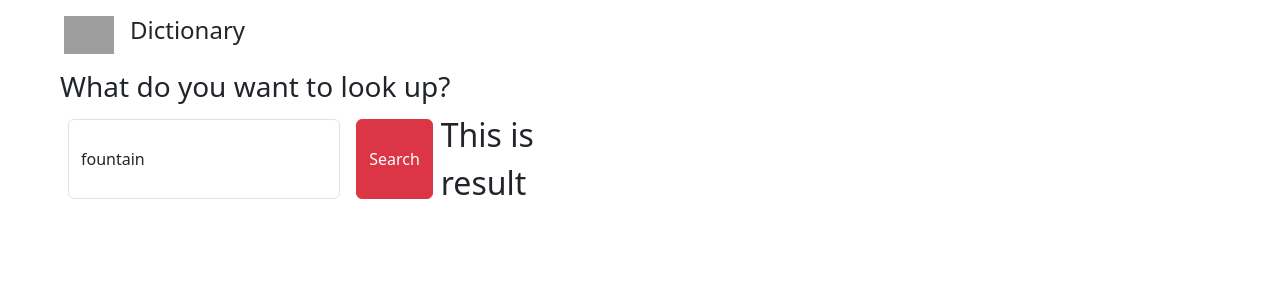
Repository: moehaymanmyint/react-dictionary-app
Page: /
These files come from the project's save history. The page is drawn as it stood at one moment and after the next save; the edit follows.
The browser window is 1280 px wide. The pictures show the whole page.
Pictures or frames that could not be fetched are drawn as grey boxes. The page's requests for data from a server got no answer. The project was rebuilt for these pictures with package versions that can differ from the ones it lists, and the page was loaded fresh each time. No one was signed in, and anything a server would have sent is missing.

Above is the page before, as saved 2024-08-28 10:45:07.

### src/App.js
import './App.css';
import 'bootstrap/dist/css/bootstrap.css';

import Search from "./Search"

function App() {
  return (
    <div className="App">
      {/* Logo */}
      <div className='logo m-3 mx-5 d-flex align-items-center'>
        <img src="https://th.bing.com/th/id/R.1ebe3e38406a8906121c9769e62adc3e?rik=d1hISy0qiMJ7Hg&pid=ImgRaw&r=0" alt="Logo" className='mx-3'/>
        <h4>Dictionary</h4>
      </div>

      <div className='container d-flex m-3 mx-5'>
        {/* Header */}
        <div className="header">
          <Search />
        </div>

        {/* Content */}
        <div className="content mx-5" >

        </div>

      </div>
    </div>
  );
}

export default App;

### src/App.css
.App img{
    width: 50px;
}

### src/Search.js
import React, {useState} from "react";
import 'bootstrap/dist/css/bootstrap.css';
import axios from 'axios';
import Result from "./Result"

export default function Search(props){
    let [word, setWord] = useState('fountain');
    let [result, setResult] = useState(null);

    let apiUrl =  `https://api.shecodes.io/dictionary/v1/define?word=${word}&key=03aa5321feb0a48eoca7a4tede1f2bb1`;
    axios.get(apiUrl).then(handleResponse);

    function handleResponse(response){
        console.log(response);
    }

    function handleSubmit(event){
        event.preventDefault();
        alert("searching for " + word);
    }

    function updateWord(event){
        setWord(event.target.value);
    }

    return (
        <div className="Content">
            <h3>What do you want to look up?</h3>
            <div className="d-flex">
            <form onSubmit={handleSubmit} className="d-flex w-75">
                <input type="search" className="form form-control m-2" value={word} onChange={updateWord}/>
                <input type="submit" value="Search" className="btn btn-danger m-2"/>
            </form>
            <div className="meaning">
                <Result results={result} />
            </div>
            </div>
        </div>
    );
}

### src/Result.js
import React from "react";

export default function Result(props){

    return (
        <div className="Result fs-2">
            This is result
        </div>
    )
}

Loaded but not shown: public/index.html (common file); src/index.js (common file); src/index.css (common file); src/reportWebVitals.js (common file)

After the next save:
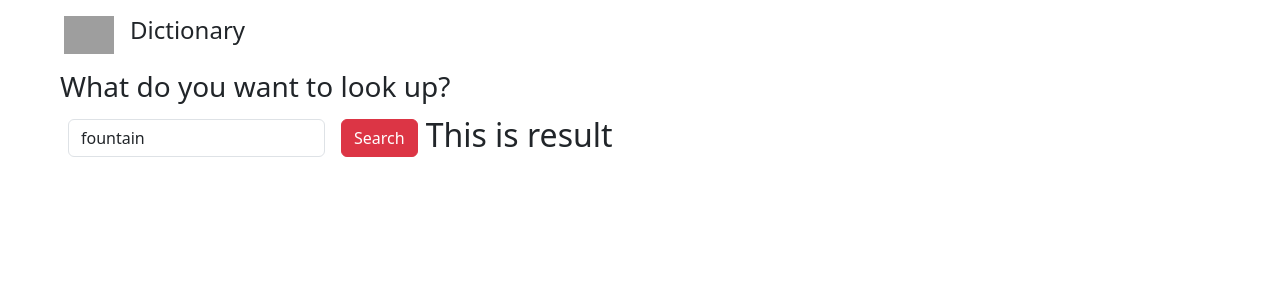
Saved 6 s later.
--- a/src/Search.js
+++ b/src/Search.js
@@ -27,7 +27,7 @@ export default function Search(props){
         <div className="Content">
             <h3>What do you want to look up?</h3>
             <div className="d-flex">
-            <form onSubmit={handleSubmit} className="d-flex w-75">
+            <form onSubmit={handleSubmit} className="d-flex">
                 <input type="search" className="form form-control m-2" value={word} onChange={updateWord}/>
                 <input type="submit" value="Search" className="btn btn-danger m-2"/>
             </form>
